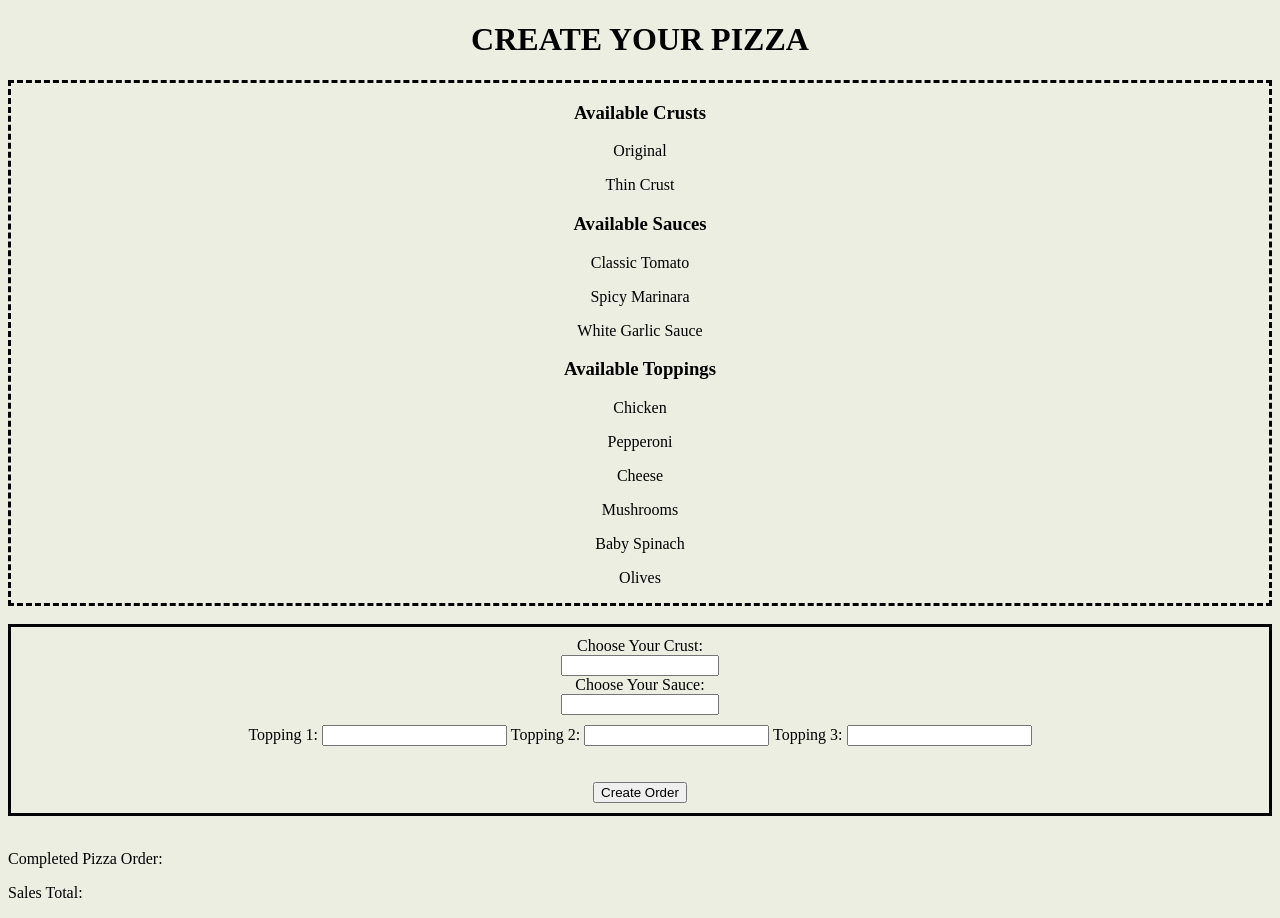
Repository: EmmanuelMefor/Pizza-order
Page: index.html
An editor plug-in stored every save of this project. The page is shown before and after the next save, followed by the edit.
The browser window is 1280 px wide. The pictures show the whole page.
Some web fonts or font styles are not loaded; a fallback is used.

Above is the page before, as saved 2024-01-05 21:03:33.
Console error: ReferenceError: Btn is not defined

### index.html
<!DOCTYPE  html>
<html>
    <head>
        <title>Lesson 10 Final</title>
        <meta charset="utf-8">
        <link rel="stylesheet" href="style.css">
        <link rel="preconnect" href="https://fonts.gstatic.com">
        <link href="https://fonts.googleapis.com/css2?family=Goldman:wght@400;700&display=swap" rel="stylesheet">
    </head>
    <body>
        <div class="title"> <h1>CREATE YOUR PIZZA </h1></div>
        <div class="createOrder">
            <h3>Available Crusts</h3>
            <p>Original</p>
            <p>Thin Crust</p>




            <h3>Available Sauces</h3>
            <p>Classic Tomato</p>
            <p>Spicy Marinara</p>
            <p>White Garlic Sauce</p>




            <h3 class>Available Toppings</h3>
            <p>Chicken</p>
            <p>Pepperoni</p>
            <p>Cheese</p>
            <p>Mushrooms</p>
            <p>Baby Spinach</p>
            <p>Olives</p>
        </div>

    </br>

    <div class="form">
        <form>
          <div class="stacked-fields">
            <label for="crust">Choose Your Crust:</label>
            <input type="text" id="crust"  class="small-input" />
            <label for="sauce">Choose Your Sauce:</label>
            <input type="text" id="sauce"  class="small-input" />
          </div>
          <div class="inline-fields">
            <label for="Topping1">Topping 1:</label>
            <input type="text" id="Topping1">
            <label for="Topping2">Topping 2:</label>
            <input type="text" id="Topping2">
            <label for="Topping3">Topping 3:</label>
            <input type="text" id="Topping3">
          </div>
          <br />
          <br />
          <button type="submit" id="btn">Create Order</button>
        </form>
      </div>

        </br>

            <div id="Order">
                <p>Completed Pizza Order:</p>

            <div id="pizzaOrder">
                </div>

                <div id="toppings">
                    <p>Sales Total:</p>

                    <div id="total$">
                </div>

                </div>

                 <script src="script.js"></script>
                </body>

                </html>

### style.css
body {
  background-color: #eceee1;
}

.title {
  text-align: center;
}

.createOrder {
  text-align: center;
  border-style: dashed;
}

form {
  border: px;
  padding-top: 10px;
  padding-right: 10px;
  padding-left: 10px;
  padding-bottom: 10px;
  text-align: center;
  border-style: solid;
  display: block;
}

.stacked-fields {
  display: flex;
  flex-direction: column;
  margin-bottom: 10px; /* Adjust the space between stacked fields */
  align-items: center;
}

.small-input {
  width: 150px; /* Adjust the width of the input fields */
}

.T {
  border-style: dotted;
  border-width: 5px;
  text-align: center;
}

.s {
  text-align: center;
  border-style: double;
}
#btn {
  #btn {
    background-color: green;
    color: white; /* Set text color to contrast with the background */
    /* Additional styling */
    padding: 10px 20px;
    border: none;
    border-radius: 5px;
    cursor: pointer;
  }

  #btn:hover {
    background-color: darkgreen; /* Change the color on hover */
  }
}

### script.js
// Global variables
var crust = document.getElementById("crust");

var sauce = document.getElementById("sauce");

// toppings array
var topping = [
  "chicken",
  "Pepperoni",
  "Cheese",
  "Mushrooms",
  "BabySpinach",
  "Olives",
];
for (var i = 0; i < topping.length; i++)
  // event listener
  var formButton = document.getElementById("btn");
Btn.addEventListener("click", function calculateTotal(toppings) {
  event.preventDefault();

  //   var topping 1 = document.getElementById ("t1").value;
  //   var topping 2 = document.getElementById ("t2").value;
  //   var topping 3 = document.getElementById ("t3").value;
});

function calculateTotal(toppings) {
  let total = 0;
  let toppingCost = 2.5;
  let baseCost = 5.5; // cost of crust and sauce

  // order string concatenation

  let orderString = crust + sauce[i];

  let toppingString = "Toppings: ";

  // For Loop
  total = total + toppingCost;
  toppingString = toppingString + toppingArray[i];

  // total = baseCost + cost of all toppings
  total = total + baseCost;

  // set DOM total += total
  document.getElementById("total" + "$").innerHTML = total;
  // use DOM: = orderString
  document.getElementById("pizzaOrders").innerHTML = order;
  // use DOM: = toppingString
  document.getElementById("toppings").innerHTML = toppings;
}

After the next save:
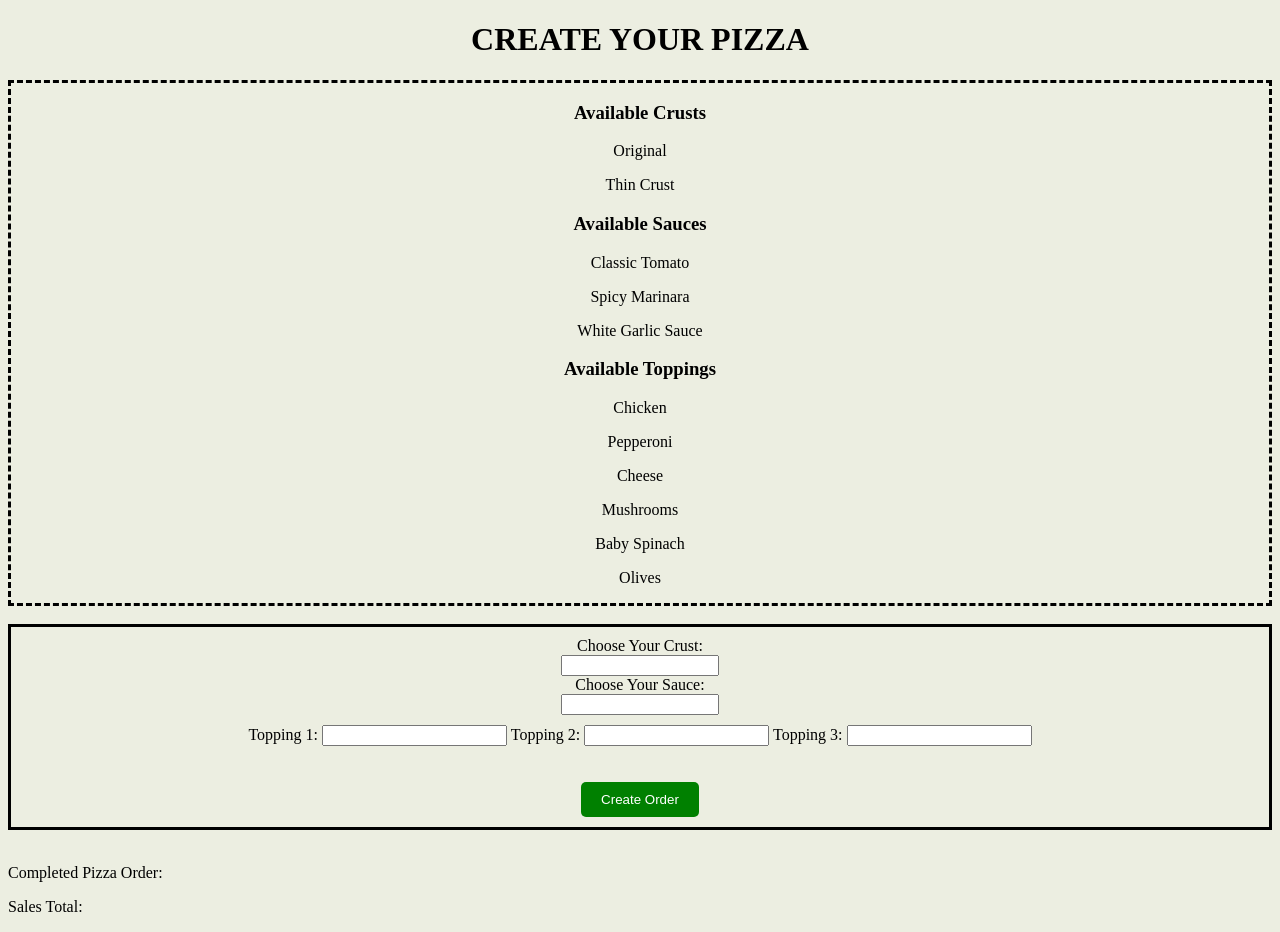
Saved 38 s later.
--- a/style.css
+++ b/style.css
@@ -44,7 +44,7 @@ form {
   border-style: double;
 }
 #btn {
-  #btn {
+
     background-color: green;
     color: white; /* Set text color to contrast with the background */
     /* Additional styling */
@@ -52,9 +52,9 @@ form {
     border: none;
     border-radius: 5px;
     cursor: pointer;
-  }
 
-  #btn:hover {
+
+  #btn:hover
     background-color: darkgreen; /* Change the color on hover */
-  }
+
 }
